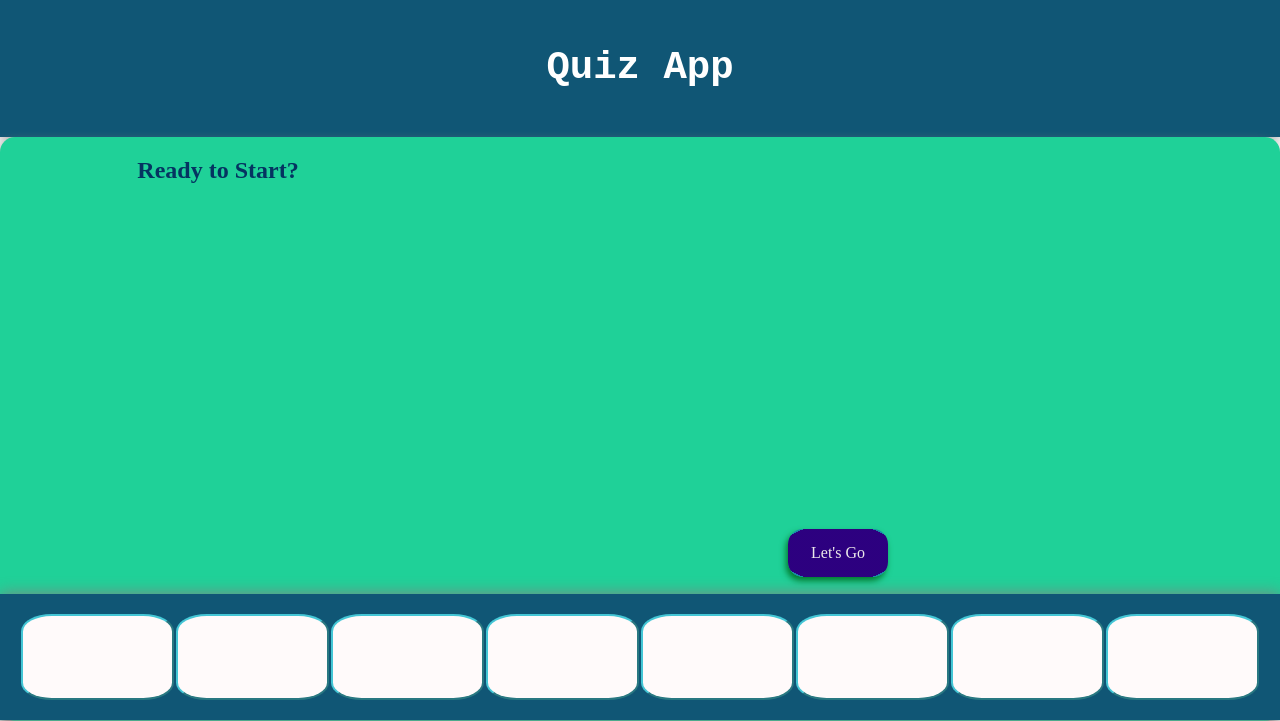
Repository: tpic12/quiz_app
Page: index.html
The author's editor kept a copy of each file at every save. The page is drawn from the files as they stood at one save, then again after the next save.
The browser window is 1280 px wide. The pictures show the whole page.

Above is the page before, as saved 2019-12-28 15:48:40.

After the next save:
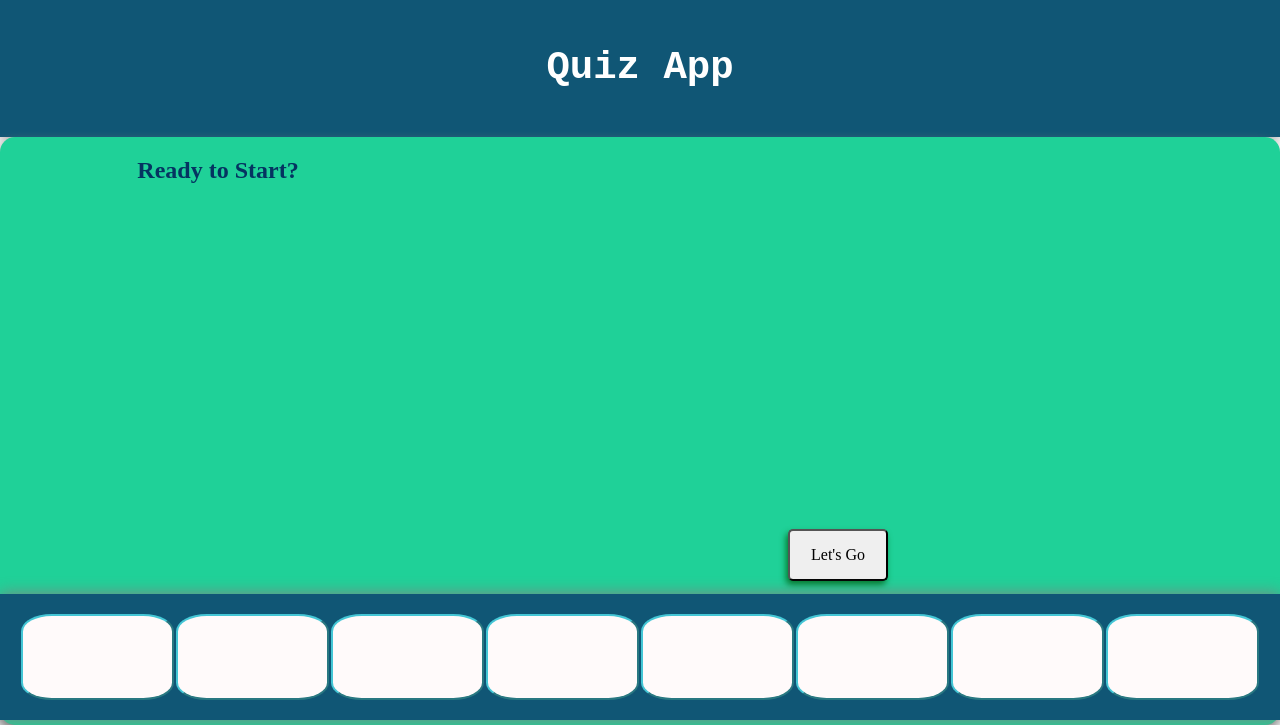
Saved 111 s later.
--- a/app.css
+++ b/app.css
@@ -46,22 +46,13 @@ footer {
 button {
   margin: 30%;
   margin-bottom: 10%;
-  color: hsl(0, 7%, 92%);
-  background: radial-gradient(
-    hsl(261, 100%, 25%) 85%,
-    hsl(195, 74%, 38%) 30%,
-    hsl(195, 74%, 38%) 25%
-  );
+  color: linear-gradient(hsl(210, 100%, 80%),hsl(210, 100%, 70%),hsl(210, 100%, 60%),hsl(210, 100%, 50%), )
   border: none;
   max-width: 130px;
   min-width: 100px;
-  border-radius: 15px;
+  border-radius: 5px;
   padding: 15px;
   box-shadow: -2px 4px 6px hsl(142, 98%, 24%);
-  -webkit-border-radius: 15px;
-  -moz-border-radius: 15px;
-  -ms-border-radius: 15px;
-  -o-border-radius: 15px;
 }
 
 .main_card > form#qForm {
